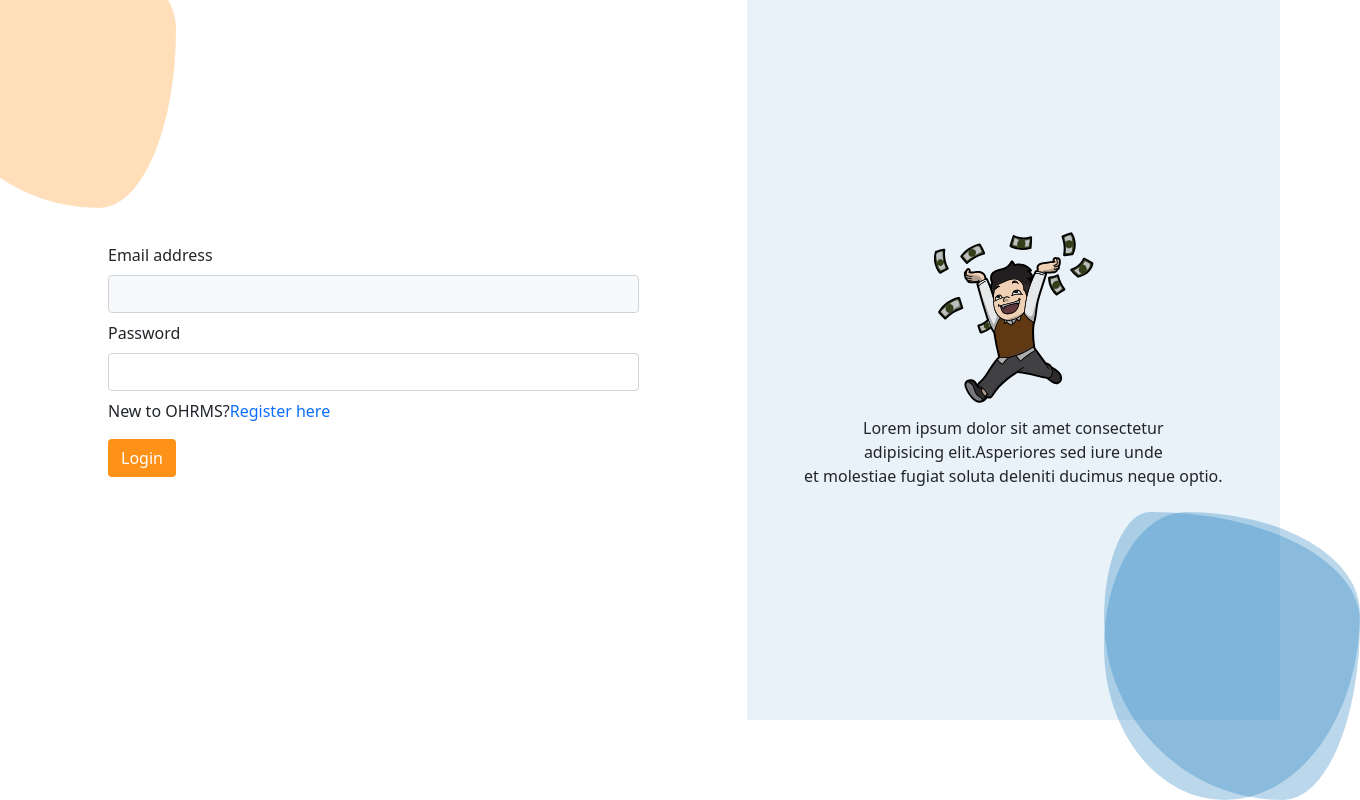
Repository: SaudCh/PHP-OHRMS
Page: http://localhost/login
These files come from the project's save history. The page is drawn as it stood at one moment and after the next save; the edit follows.
The browser window is 1280 px wide. The page is 1360 px wide, so the pictures cover 1360 px, including what lies to the right of the window. The pictures show the whole page.
Some web libraries are served in a nearby version. The page is run by PHP 8.4 with error messages shown; the project is at /var/www/html/.

Above is the page before, as saved 2022-06-06 00:51:45.

After the next save:
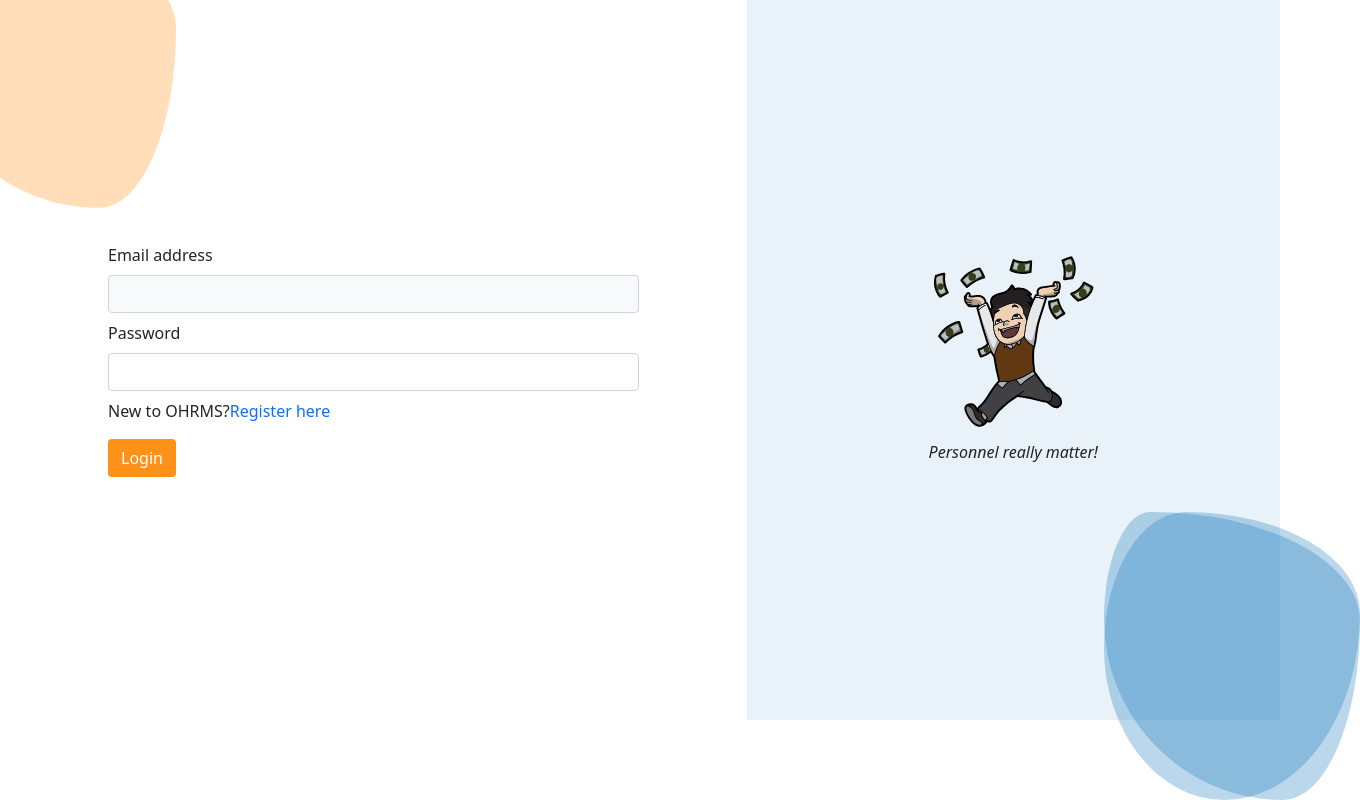
Saved 24 s later.
--- a/login.php
+++ b/login.php
@@ -61,11 +61,8 @@ if (isset($_SESSION['email'])) {
 
                 <div class="text-center">
                     <img src="./assets/images/login.svg" class="login-lady-image" alt="" />
-                    <p class="p-0">
-                        Lorem ipsum dolor sit amet consectetur</br>
-                        adipisicing elit.Asperiores sed iure unde </br>
-                        et molestiae fugiat soluta deleniti ducimus neque
-                        optio.
+                    <p class="p-0" style="font-style: italic;">
+                        Personnel really matter!
                     </p>
                 </div>
             </div>
